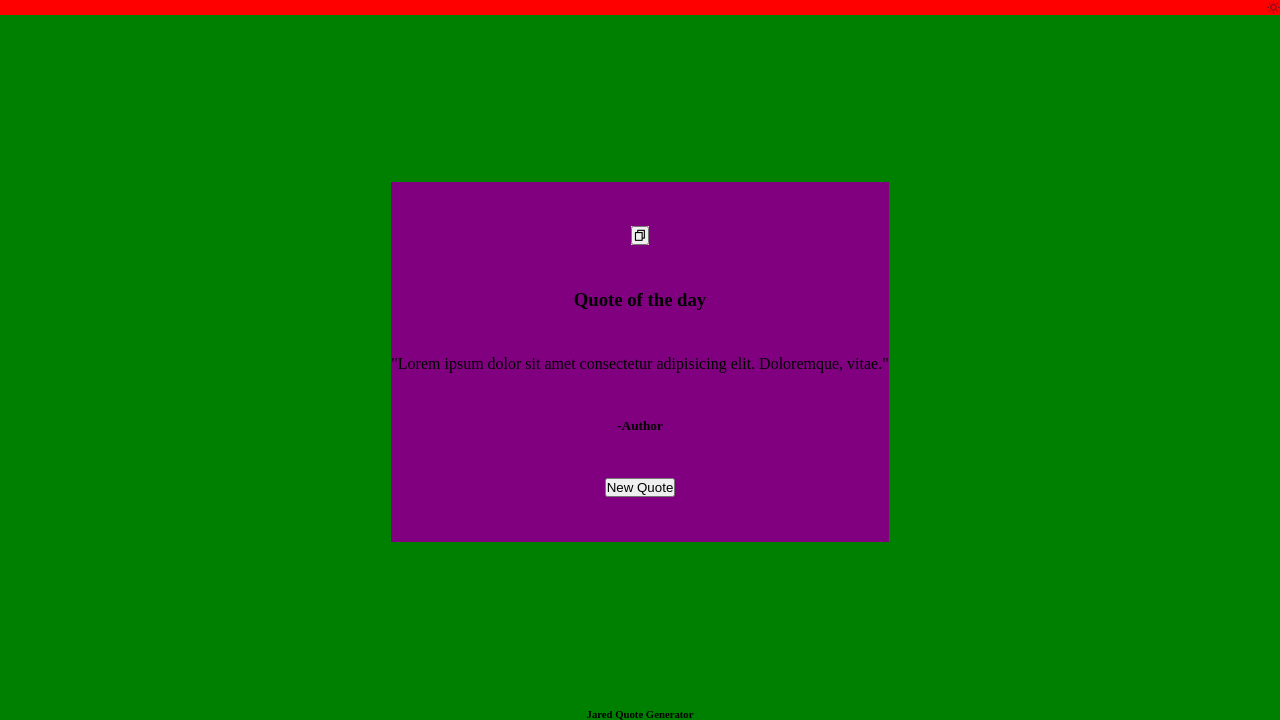
Repository: EguJaredoBoyd/Jared-Quote-Generator
Page: html/main.html
An editor plug-in stored every save of this project. The page is shown before and after the next save, followed by the edit.
The browser window is 1280 px wide. The pictures show the whole page.
Some web libraries are served in a nearby version.

Above is the page before, as saved 2026-01-09 00:43:31.

### html/main.html
<!DOCTYPE html>
<html lang="en">
  <head>
    <meta charset="UTF-8" />
    <meta name="viewport" content="width=device-width, initial-scale=1.0" />
    <link rel="stylesheet" href="../css/style.css" />
    <script src="../js/main.js" defer></script>
    <link
      href="https://cdn.jsdelivr.net/npm/remixicon@4.8.0/fonts/remixicon.css"
      rel="stylesheet"
    />
    <title>Document</title>
  </head>
  <body>
    <div class="container">
      <header>
        <button><i class="ri-sun-line"></i></button>
      </header>
      <main>
        <div class="quote-container">
          <div class="quote-container__copy">
            <button><i class="ri-file-copy-line"></i></button>
          </div>
          <h3>Quote of the day</h3>
          <p>
            "Lorem ipsum dolor sit amet consectetur adipisicing elit.
            Doloremque, vitae."
          </p>
          <div>
            <h5>-Author</h5>
          </div>
          <div>
            <button>New Quote</button>
          </div>
        </div>
      </main>
      <footer>
        <div>
          <h6>Jared Quote Generator</h6>
        </div>
      </footer>
    </div>
  </body>
</html>

### css/style.css
* {
  margin: 0;
  padding: 0;
  box-sizing: border-box;
}

:root {
  --background-color: #7b0d1e;
  --card-color: #f8e5ee;
  --text-color: black;
  --button-color: var(--background-color);
}

html {
  font-size: 16px;
}

.lighter-theme {
  --background-color: var(--card-color);
  --card-color: var(--background-color);
  --text-color: var(--text-color);
  --button-color: var(--button-color);
}

.container {
  background-color: green;
  height: 100vh;
  display: flex;
  flex-direction: column;
  justify-content: space-between;
  align-items: center;
}

header {
  display: flex;
  justify-content: flex-end;
  background-color: red;
  width: 100%;
}

header button {
  border: none;
  background: none;
  color: var(--button-color);
}

.quote-container {
  background-color: purple;
  display: flex;
  flex-direction: column;
  justify-content: space-evenly;
  align-items: center;
  height: 50vh;
  width: auto;
}

.quote-container__copy {
  background-color: pink;
}

Loaded but not shown: js/main.js (no copy from this time; the picture is the same without it)

After the next save:
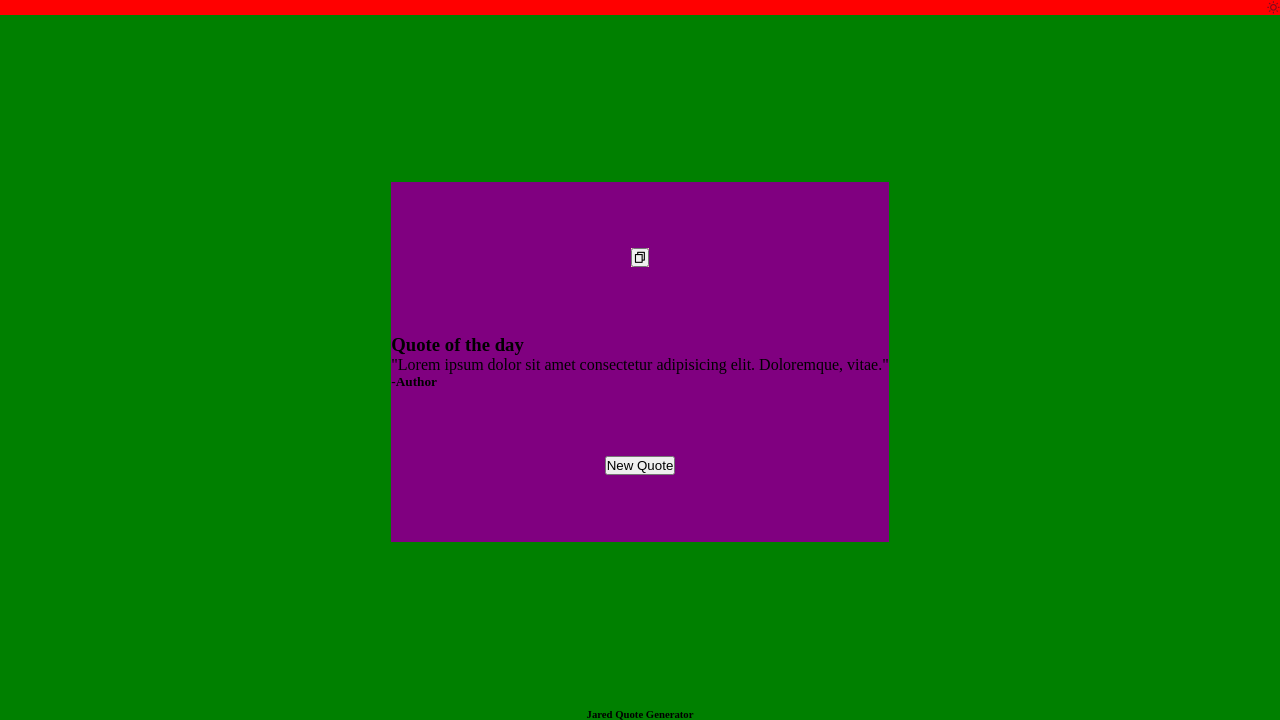
Saved 85 s later.
--- a/html/main.html
+++ b/html/main.html
@@ -21,13 +21,15 @@
           <div class="quote-container__copy">
             <button><i class="ri-file-copy-line"></i></button>
           </div>
-          <h3>Quote of the day</h3>
-          <p>
-            "Lorem ipsum dolor sit amet consectetur adipisicing elit.
-            Doloremque, vitae."
-          </p>
           <div>
-            <h5>-Author</h5>
+            <h3>Quote of the day</h3>
+            <p>
+              "Lorem ipsum dolor sit amet consectetur adipisicing elit.
+              Doloremque, vitae."
+            </p>
+            <div>
+              <h5>-Author</h5>
+            </div>
           </div>
           <div>
             <button>New Quote</button>
